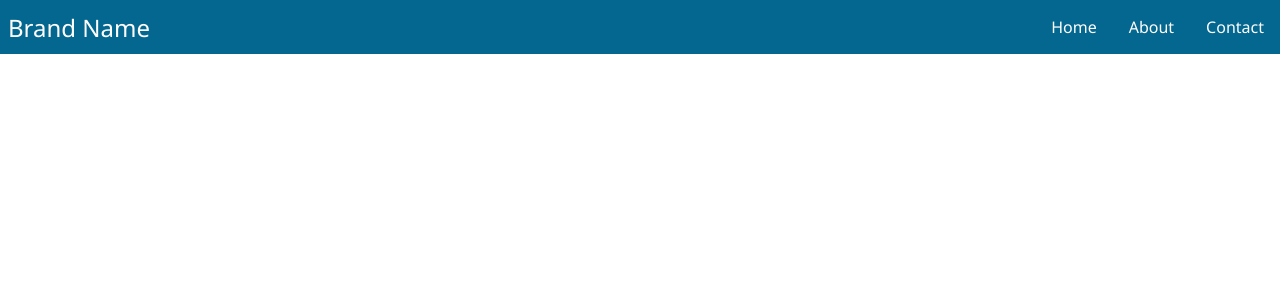
Repository: Jrap-bit/PeriodofSharing
Page: index.html
These files come from the project's save history. The page is drawn as it stood at one moment and after the next save; the edit follows.
The browser window is 1280 px wide. The pictures show the whole page.

Above is the page before, as saved 2022-01-12 21:08:34.

### index.html
<!DOCTYPE html>
<html lang="en">
<head>
    <meta charset="UTF-8">
    <meta http-equiv="X-UA-Compatible" content="IE=edge">
    <meta name="viewport" content="width=device-width, initial-scale=1.0">
    <link rel='stylesheet' href = 'style.css'>
    <title>Women</title>
</head>
<body>
    <nav class="navbar">
        <div class="brand-title">
            Brand Name
        </div>
        <a href="#" class="toggle-button">
            <span class="bar"></span>
            <span class="bar"></span>
            <span class="bar"></span>
        </a>
        <div class="navbar-links">
            <ul>
                <li><a href="#Home">Home</a></li>
                <li><a href="#About">About</a></li>
                <li><a href="#Contact">Contact</a></li>
            </ul>
        </div>
    </nav>
</body>
</html>

### style.css
* {
    box-sizing: border-box;
    font-family: 'Segoe UI', Tahoma, Geneva, Verdana, sans-serif;
}

body {
    margin: 0;
    padding: 0;
}

html{
    scroll-behavior: smooth;
}

.navbar{
    display: flex;
    justify-content: space-between;
    align-items: center;
    background-color: rgb(3, 103, 143);
    color: white;

}

.brand-title{
    font-size: 1.5rem;
    margin: .5rem;

}

.navbar-links ul{
    margin: 0;
    padding: 0;
    display: flex;
}

.navbar-links li {
    list-style: none;

}

.navbar-links li a{
    text-decoration: none;
    color: white;
    padding: 1rem;
    display: block;
}

.navbar-links li:hover{
    background-color: rgb(1, 54, 75);
}

.toggle-button {
    position: absolute;
    top: .75rem;
    right: 1rem;
    display: none;
    flex-direction: column;
    justify-content: space-between;
    width: 30px;
    height: 21px;
}

.toggle-button .bar{
    height: 3px;
    width: 100%;
    background-color: white;
    border-radius: 10px;
}

@media (max-width: 800px) {
    .toggle-button{
        display: flex;
    }
    .navbar-links{
        display: none;
        width: 100%;
    }

    .navbar{
        flex-direction: column;
        align-items: flex-start;
    }

    .navbar-links ul {
        flex-direction: column;
        width: 100%;

    }

    .navbar-links li{
        text-align: center;
    }

    .navbar-links li a{
        padding: 0.5rem 1rem;
    }

    .navbar-links.active{
        display: flex;
    }

    .toggle-button:hover{
        background-color: #666;
    }
}

After the next save:
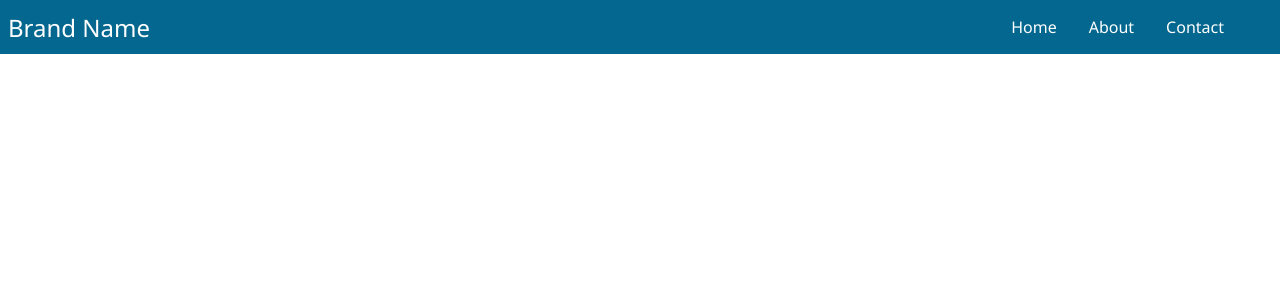
Saved 50 s later.
--- a/style.css
+++ b/style.css
@@ -28,7 +28,7 @@ html{
 }
 
 .navbar-links ul{
-    margin: 0;
+    margin: 0 40px;
     padding: 0;
     display: flex;
 }
